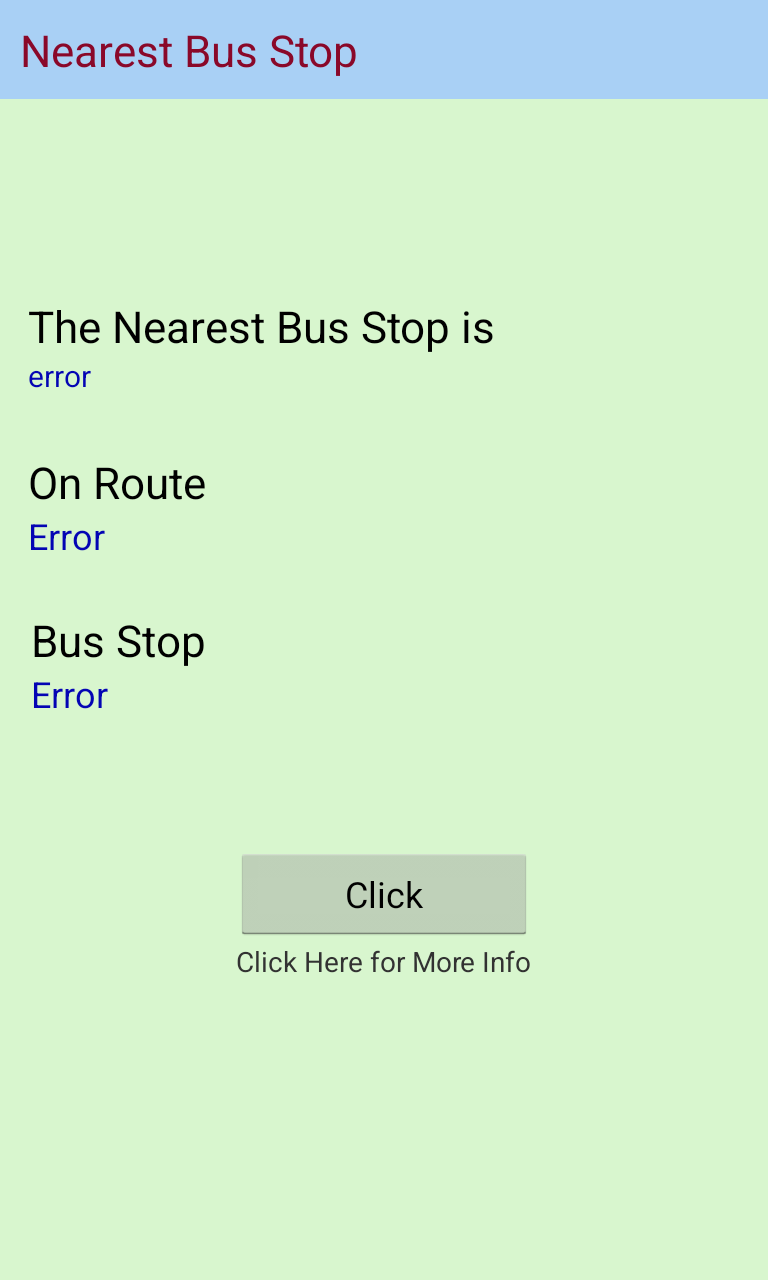
Repository: patheon17/myrepo2
Layout: workspace/UMBusTracking/res/layout/activity_nearest_stop.xml
These files come from the project's save history. The layout is drawn as it stood at one moment and after the next save; the edit follows.
It is drawn on a 768 x 1280 px phone screen (xhdpi) without system bars, with theme AppTheme; the app's code is not run.

Above is the layout before, as saved 2013-10-04 06:07:18.

### workspace/UMBusTracking/res/layout/activity_nearest_stop.xml
<RelativeLayout xmlns:android="http://schemas.android.com/apk/res/android"
    xmlns:tools="http://schemas.android.com/tools"
    android:layout_width="match_parent"
    android:layout_height="match_parent"
    android:background="#D8F6CE"
    tools:context=".NearestStop" >

    <TextView
        android:id="@+id/textView2"
        android:layout_width="fill_parent"
        android:layout_height="wrap_content"
        android:layout_alignParentTop="true"
        android:background="@color/background_lime"
        android:padding="10sp"
        android:text="Nearest Bus Stop"
        android:textAppearance="?android:attr/textAppearanceLarge"
        android:textColor="#8A0829"
        />

    <TextView
        android:id="@+id/onroute"
        android:layout_width="wrap_content"
        android:layout_height="wrap_content"
        android:layout_above="@+id/routed"
        android:layout_alignLeft="@+id/displaystop"
        android:text="@string/routename"
        android:textAppearance="?android:attr/textAppearanceLarge" />

    <TextView
        android:id="@+id/routed"
        android:layout_width="wrap_content"
        android:layout_height="wrap_content"
        android:layout_above="@+id/busstop"
        android:layout_alignLeft="@+id/onroute"
        android:layout_marginBottom="25dp"
        android:gravity="center"
        android:text="Error"
        android:textAppearance="?android:attr/textAppearanceMedium"
        android:textColor="#0404B4" />

    <TextView
        android:id="@+id/textView1"
        android:layout_width="wrap_content"
        android:layout_height="wrap_content"
        android:layout_above="@+id/displaystop"
        android:layout_alignParentLeft="true"
        android:layout_marginLeft="14dp"
        android:text="The Nearest Bus Stop is"
        android:textAppearance="?android:attr/textAppearanceLarge" />

    <TextView
        android:id="@+id/displaystop"
        android:layout_width="wrap_content"
        android:layout_height="wrap_content"
        android:layout_above="@+id/onroute"
        android:layout_alignLeft="@+id/textView1"
        android:layout_marginBottom="28dp"
        android:text="@string/displaystop"
        android:textColor="#0404B4"
        android:textSize="15dp" />

    <TextView
        android:id="@+id/busstop"
        android:layout_width="wrap_content"
        android:layout_height="wrap_content"
        android:layout_alignRight="@+id/onroute"
        android:layout_centerVertical="true"
        android:text="@string/stopname"
        android:textAppearance="?android:attr/textAppearanceLarge" />

    <TextView
        android:id="@+id/stops"
        android:layout_width="wrap_content"
        android:layout_height="wrap_content"
        android:layout_alignLeft="@+id/busstop"
        android:layout_below="@+id/busstop"
        android:text="Error"
        android:textAppearance="?android:attr/textAppearanceMedium"
        android:textColor="#0404B4" />

    <Button
        android:id="@+id/button1"
        android:layout_width="150sp"
        android:layout_height="wrap_content"
        android:layout_below="@+id/stops"
        android:layout_centerHorizontal="true"
        android:layout_marginTop="64dp"
        android:text="Click" />

    <TextView
        android:id="@+id/textView3"
        android:layout_width="wrap_content"
        android:layout_height="wrap_content"
        android:layout_below="@+id/button1"
        android:layout_centerHorizontal="true"
        android:text="Click Here for More Info"
        android:textAppearance="?android:attr/textAppearanceSmall" />

</RelativeLayout>

### workspace/UMBusTracking/res/values/styles.xml
<resources>

    <!--
        Base application theme, dependent on API level. This theme is replaced
        by AppBaseTheme from res/values-vXX/styles.xml on newer devices.
    -->
    <style name="AppBaseTheme" parent="android:Theme.Light">
        <!--
            Theme customizations available in newer API levels can go in
            res/values-vXX/styles.xml, while customizations related to
            backward-compatibility can go here.
        -->
    </style>

    <!-- Application theme. -->
    <style name="AppTheme" parent="AppBaseTheme">
        <!-- All customizations that are NOT specific to a particular API-level can go here. -->
    </style>


</resources>

### workspace/UMBusTracking/res/values/strings.xml
<?xml version="1.0" encoding="utf-8"?>
<resources>

    <string name="app_name">UMBusTracking</string>
    <string name="action_settings">Settings</string>
    <string name="hello_world">Hello world!</string>
    <string name="button">Connect</string>
    <string name="title_activity_info">InfoActivity</string>
    <string name="title_activity_test2">Test2</string>
    <string name="title_activity_view_stops_details">View Bus Stops Details/Information</string>
    <string name="viewstoptitle">Error</string>
    <string name="title_activity_nearest_stop">NearestStop</string>
    <string name="displaystop">error</string>

    <color name="background_lime">#A9D0F5</color>

    <string name="routename">On Route</string>
    <string name="stopname">Bus Stop</string>
    <string name="title_activity_display_busses">DisplayBusses</string>

</resources>

Loaded but not shown: workspace/UMBusTracking/res/values-v11/styles.xml (common file); workspace/UMBusTracking/res/values-v14/styles.xml (common file)

After the next save:
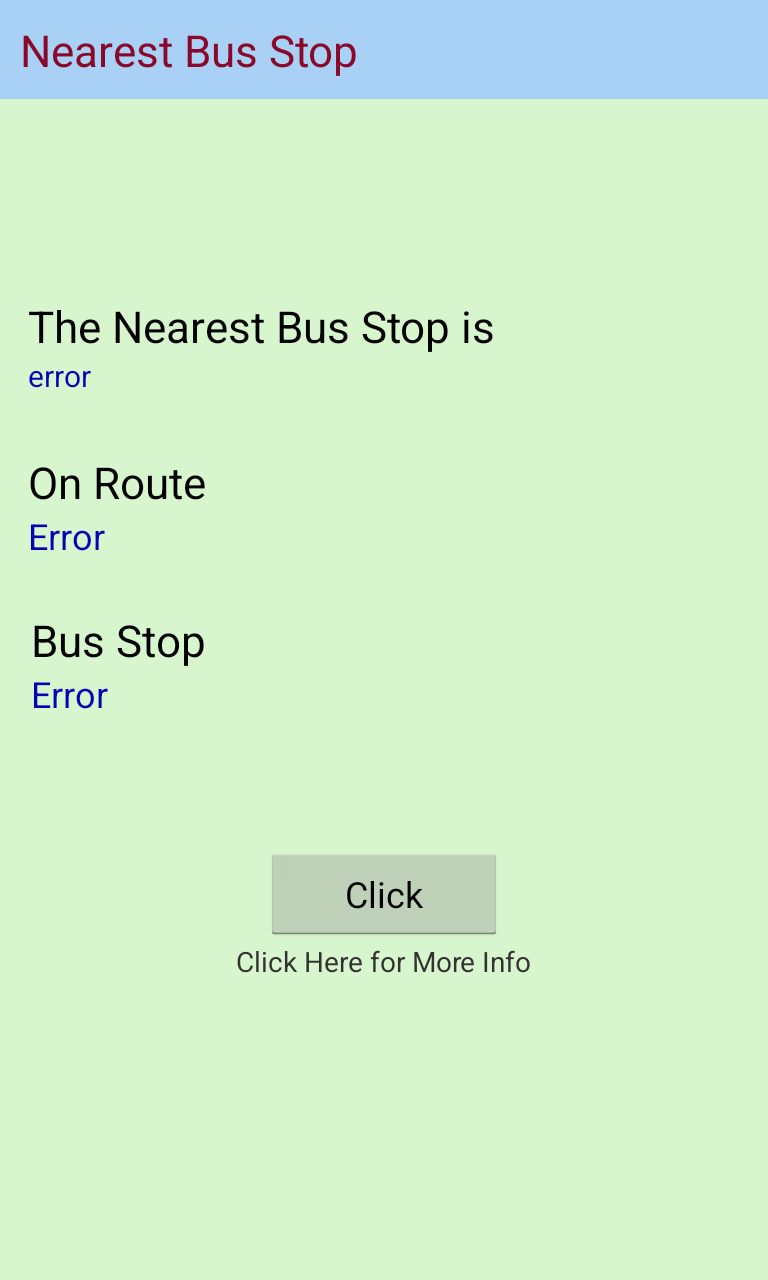
Saved 11 s later.
--- a/workspace/UMBusTracking/res/layout/activity_nearest_stop.xml
+++ b/workspace/UMBusTracking/res/layout/activity_nearest_stop.xml
@@ -80,7 +80,7 @@
 
     <Button
         android:id="@+id/button1"
-        android:layout_width="150sp"
+        android:layout_width="120sp"
         android:layout_height="wrap_content"
         android:layout_below="@+id/stops"
         android:layout_centerHorizontal="true"
